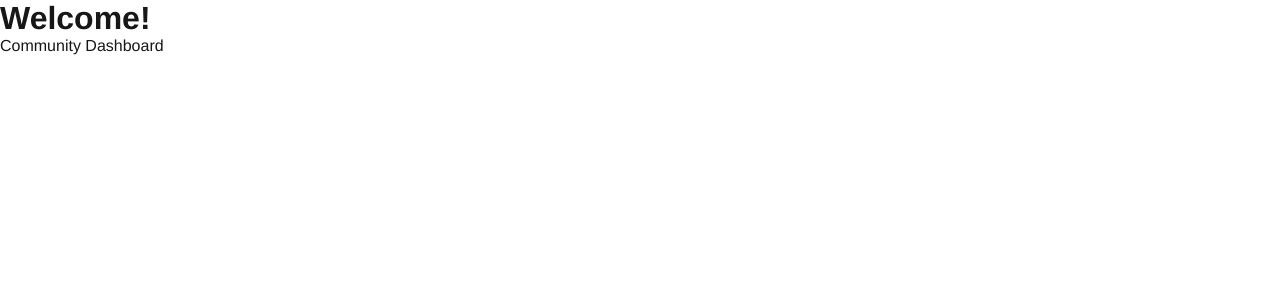
Repository: EricRobertCampbell/palaeo-fossil-classifier
Page: /dashboard (app in palaeo-fossil-classifier/)
An editor plug-in stored every save of this project. The page is shown before and after the next save, followed by the edit.
The browser window is 1280 px wide. The pictures show the whole page.
The project was rebuilt for these pictures with package versions that can differ from the ones it lists, and the page was loaded fresh each time. The framework's server and built-in components were replaced by stand-ins that run in the browser. Also part of the build but not shown: palaeo-fossil-classifier/next.config.ts.

Above is the page before, as saved 2024-11-30 13:44:12.

### palaeo-fossil-classifier/app/dashboard/page.tsx
import React from "react";

export default function dashboard() {
  return (
    <div>
      <h1>Welcome!</h1>
      <div className="area"></div>
      <nav className="main-menu">
        <ul>
          <li>
            <a href="https://jbfarrow.com">
              <i className="fa fa-home fa-2x"></i>
              <span className="nav-text">Community Dashboard</span>
            </a>
          </li>
        </ul>
      </nav>
    </div>
  );
}

### palaeo-fossil-classifier/app/globals.css
:root {
  --background: #ffffff;
  --foreground: #171717;
}

@media (prefers-color-scheme: dark) {
  :root {
    --background: #0a0a0a;
    --foreground: #ededed;
  }
}

html,
body {
  max-width: 100vw;
  overflow-x: hidden;
}

body {
  color: var(--foreground);
  background: var(--background);
  font-family: Helvetica;
  -webkit-font-smoothing: antialiased;
  -moz-osx-font-smoothing: grayscale;
}

* {
  box-sizing: border-box;
  padding: 0;
  margin: 0;
}

a {
  color: inherit;
  text-decoration: none;
}

@media (prefers-color-scheme: dark) {
  html {
    color-scheme: dark;
  }
}

Loaded but not shown: palaeo-fossil-classifier/app/layout.tsx (common file)

After the next save:
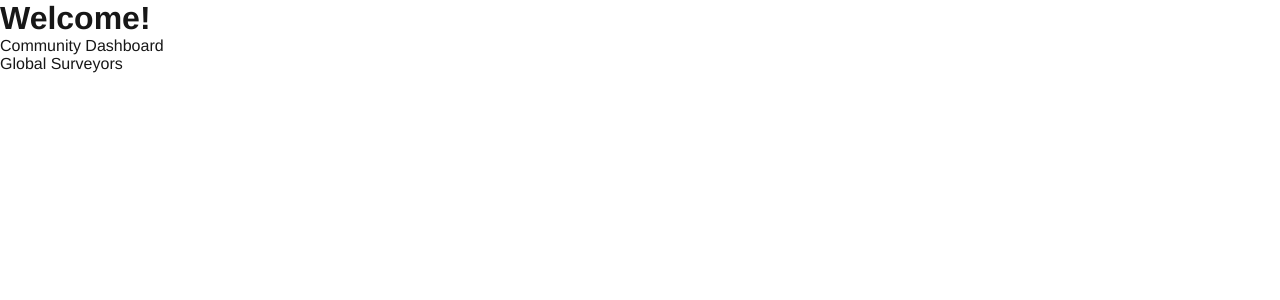
Saved 19 s later.
--- a/palaeo-fossil-classifier/app/dashboard/page.tsx
+++ b/palaeo-fossil-classifier/app/dashboard/page.tsx
@@ -13,6 +13,12 @@ export default function dashboard() {
               <span className="nav-text">Community Dashboard</span>
             </a>
           </li>
+          <li className="has-subnav">
+            <a href="#">
+              <i className="fa fa-globe fa-2x"></i>
+              <span className="nav-text">Global Surveyors</span>
+            </a>
+          </li>
         </ul>
       </nav>
     </div>
